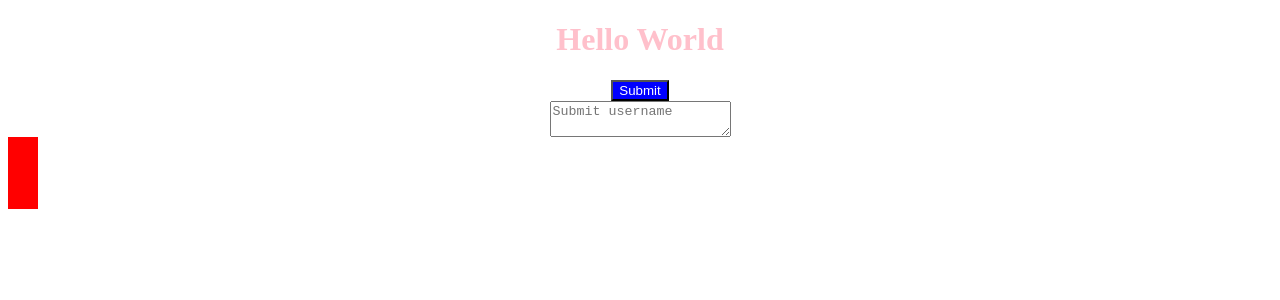
Repository: Flamemaster921/Feature-Showcase
Page: Index/firstPage/Website.html
These files come from the project's save history. The page is drawn as it stood at one moment and after the next save; the edit follows.
The browser window is 1280 px wide. The pictures show the whole page.

Above is the page before, as saved 2025-12-15 12:34:34.

### Index/firstPage/Website.html
<!DOCTYPE html>
<html lang="en">
<head>
    <meta charset="UTF-8">
    <meta name="viewport" content="width=device-width, initial-scale=1.0">
    <title>New Start</title>
    <link rel="stylesheet" href="Design.css">
    <script src="System.js" defer></script>
</head>
<body>
    <h1 class="titleCard">Hello World</h1>

    <button id="submitButton" class="primary-btn">Submit</button>

    <textarea id="usernameBox" class="text-input" placeholder="Submit username"></textarea>

    <div class="color-bar"></div>

</body>

### Index/firstPage/Design.css
.titleCard {
    display: flex;
    flex-direction: column;
    align-items: center;
    color: pink;
    left: auto;
}

.primary-btn {
    background-color: blue;
    color: white;

    position: relative;
    left: 0%;
    top: auto;
    display: block;
    margin: 0 auto;
}

.text-input{
    position: relative;
    left: auto;
    top: auto;
    display: block;
    margin: 0 auto;
}

.color-bar {
    display: flex;
    margin: 1;
    width: 30px;
    height: 10svh;
    background-color: red;
}

### Index/firstPage/System.js
//Submit username
const textarea = document.getElementById("usernameBox");
const button = document.getElementById("submitButton");

button.addEventListener("click", () => {
    textarea.value = "";
});

After the next save:
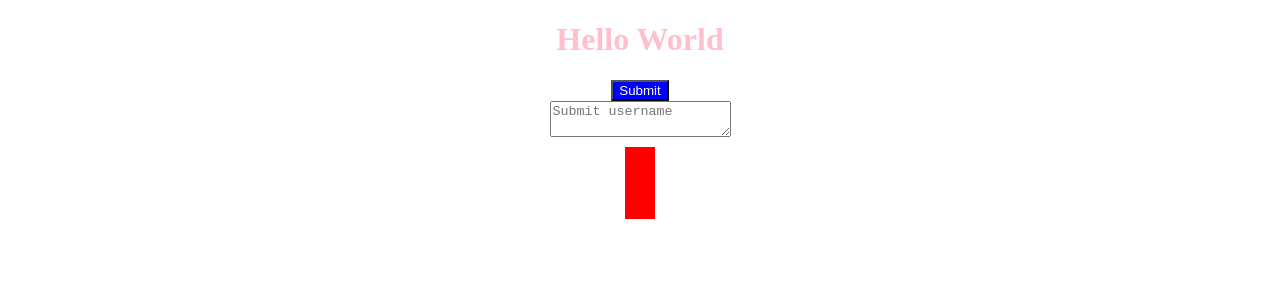
Saved 5 s later.
--- a/Index/firstPage/Design.css
+++ b/Index/firstPage/Design.css
@@ -27,7 +27,7 @@
 
 .color-bar {
     display: flex;
-    margin: 1;
+    margin: 10px auto;
     width: 30px;
     height: 10svh;
     background-color: red;
